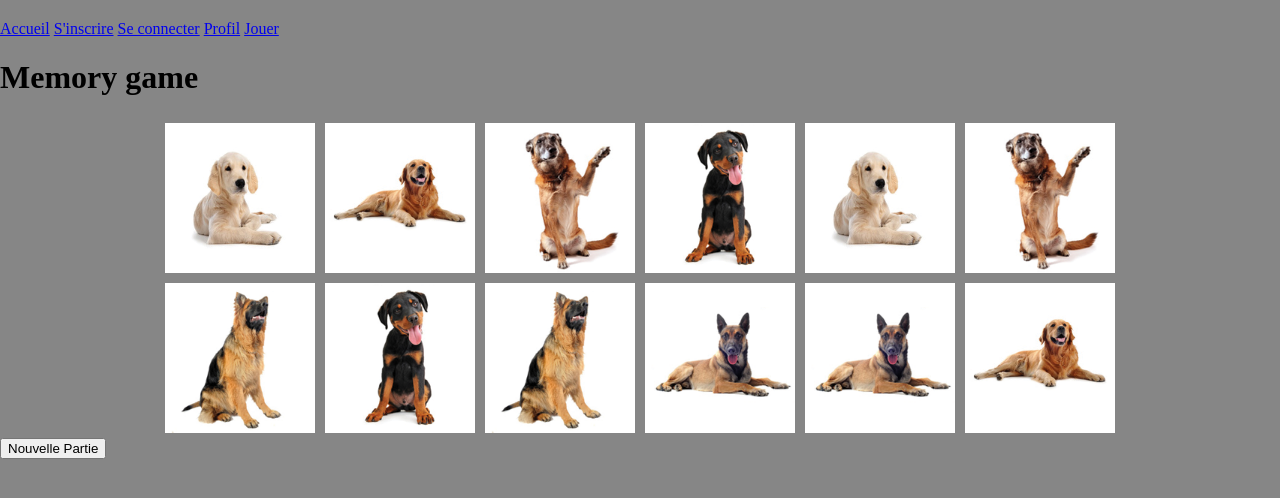
Repository: Ludmilla06/memory-game
Page: game.html
The author's editor kept a copy of each file at every save. The page is drawn from the files as they stood at one save, then again after the next save.
The browser window is 1280 px wide. The pictures show the whole page.

Above is the page before, as saved 2025-10-22 13:44:39.

After the next save:
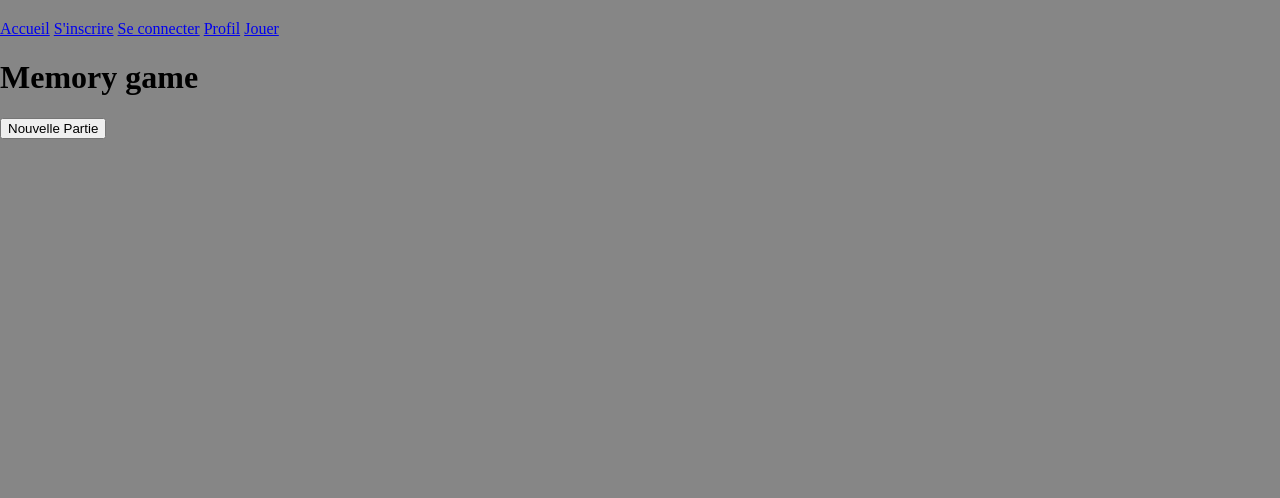
Console error: SyntaxError: missing ) after argument list
Saved 5 min 18 s later.
--- a/js/game.js
+++ b/js/game.js
@@ -82,7 +82,7 @@
 
   // Ne pas autoriser la sélection de la section de grille elle-même ;
   // sélectionner uniquement les divs à l'intérieur de la grille
-  if (clicked.nodeName === "SECTION") {
+  if (clicked.nodeName === "SECTION" || clicked === previousTarget) {
     return;
   }
 
@@ -115,6 +115,10 @@
       // exécuter la fonction de correspondance
       match();
     }
+  }
+  // Définir la cible précédente sur cliquée
+  previousTarget = clicked;
+
     // Réinitialiser pour la prochaine paire
     setTimeout(() => {
       firstGuess = "";

After the save that followed:
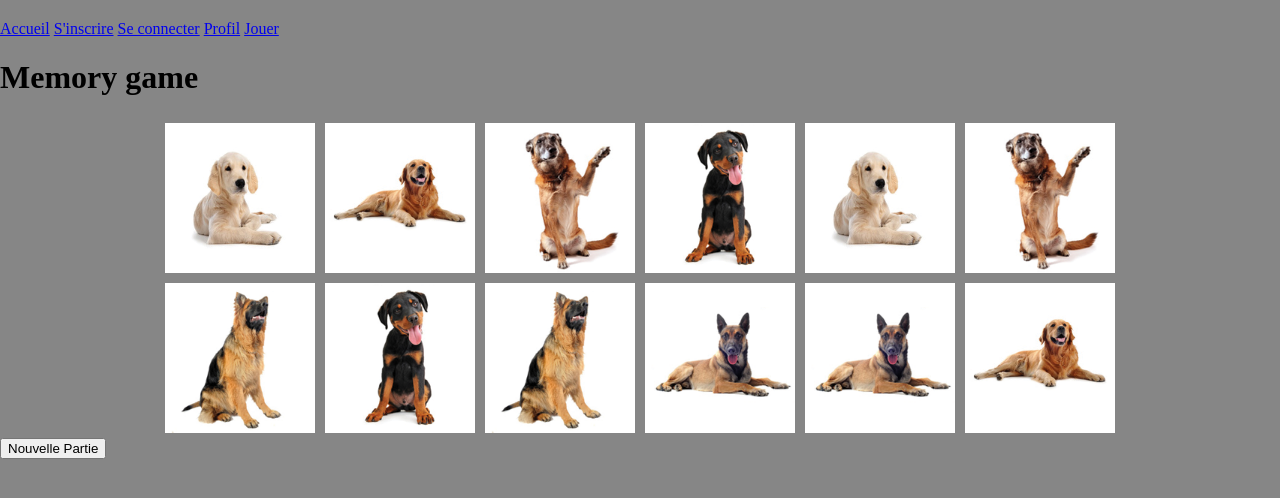
The error is gone.
Saved 26 s later.
--- a/js/game.js
+++ b/js/game.js
@@ -132,4 +132,4 @@
       });
     }, 1000);
   }
-});
+);
